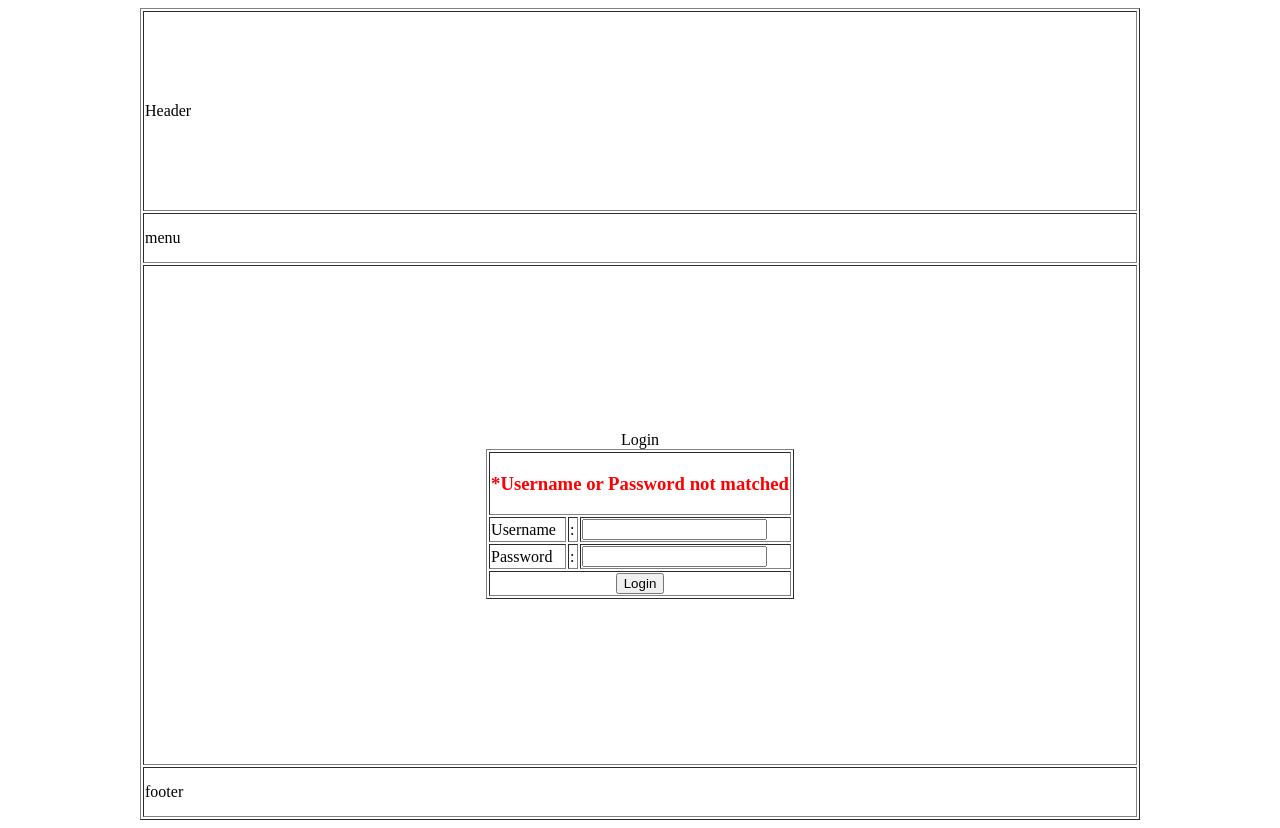
Repository: PraveenRavipati/MyWork
Page: Java/workspaces/office Java WorkScapces/training/LoginProperty/WebContent/LoginErr.html
These files come from the project's save history. The page is drawn as it stood at one moment and after a run of saves; the edit follows.
The browser window is 1280 px wide. The pictures show the whole page.

Above is the page before, as saved 2014-06-05 05:29:28.

### Java/workspaces/office Java WorkScapces/training/LoginProperty/WebContent/LoginErr.html
<!DOCTYPE html PUBLIC "-//W3C//DTD HTML 4.01 Transitional//EN" "http://www.w3.org/TR/html4/loose.dtd">
<html>
<head>
<meta http-equiv="Content-Type" content="text/html; charset=UTF-8">
<title>Insert title here</title>
<link href="style2.css" rel="stylesheet" type="text/css"></link>
</head>
<body>
    <table border="1" width="1000" align="center">
        <tr height="200">
            <td>Header</td>
        </tr>
        <tr height="50">
            <td>menu</td>
        </tr>
        <tr height="500">
            <td>
            <form action="./Login" method="get">
            <table align="center" border="1">
            <caption>Login</caption>
                <tr>
                <td colspan="3"><h3 id="notMatch">*Username or Password not matched</h3></td>
                </tr>
                <tr>
                    <td>Username</td>
                    <td>:</td>
                    <td><input type="text" name="uname"></td>
                </tr>
                <tr>
                    <td>Password</td>
                    <td>:</td>
                    <td><input type="password" name="pwd"></td>
                </tr>
                <tr>
                    <td colspan="3" align="center"><input type="submit" value="Login"></td>
                </tr>
                </table>
                </form>
                </td>
        </tr>
        <tr height="50">
            <td>footer</td>
        </tr>
    </table>
</body>
</html>

### Java/workspaces/office Java WorkScapces/training/LoginProperty/WebContent/style2.css

#notMatch{
	font-family: serif;
	font: small-caps;
	color: red;
}

After the next 2 saves:
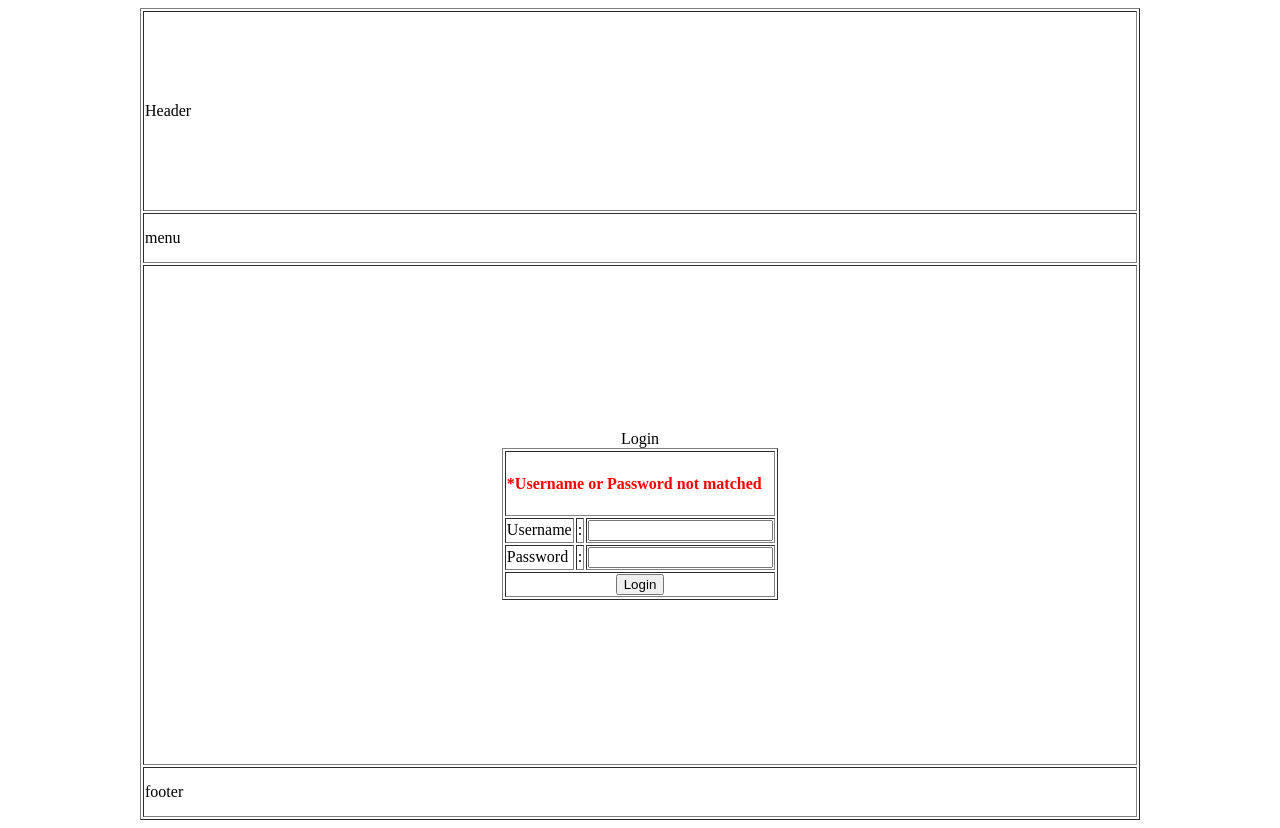
The 2 saves are shown as one change because they came seconds apart.
The last was saved 28 s later.
--- a/Java/workspaces/office Java WorkScapces/training/LoginProperty/WebContent/LoginErr.html
+++ b/Java/workspaces/office Java WorkScapces/training/LoginProperty/WebContent/LoginErr.html
@@ -19,7 +19,7 @@
             <table align="center" border="1">
             <caption>Login</caption>
                 <tr>
-                <td colspan="3"><h3 id="notMatch">*Username or Password not matched</h3></td>
+                <td colspan="3"><h4 id="notMatch">*Username or Password not matched</h3></td>
                 </tr>
                 <tr>
                     <td>Username</td>
